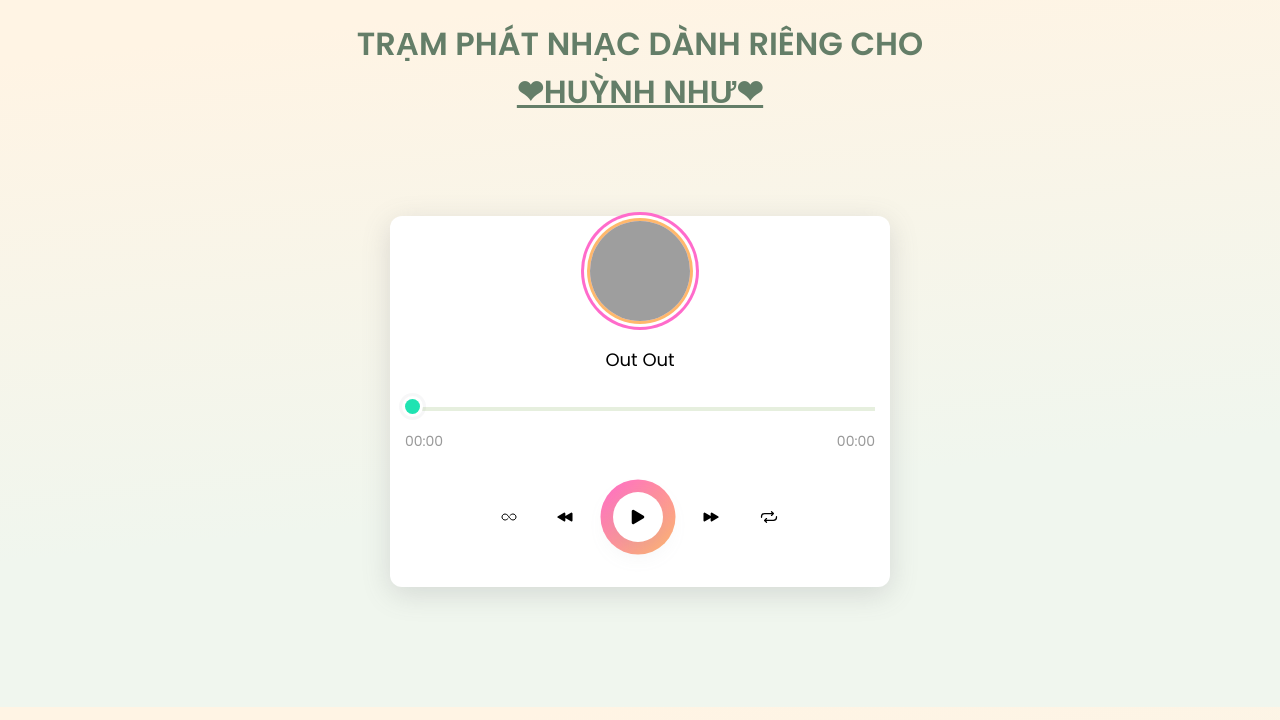
Repository: VuTuanAnh0949/Mp3
Page: index.html
An editor plug-in stored every save of this project. The page is shown before and after the next save, followed by the edit.
The browser window is 1280 px wide. The pictures show the whole page.
Pictures or frames that could not be fetched are drawn as grey boxes.

Above is the page before, as saved 2022-09-25 15:05:39.

### index.html
<!DOCTYPE html>
<html lang="en">

<head>
    <meta charset="UTF-8">
    <meta http-equiv="X-UA-Compatible" content="IE=edge">
    <meta name="viewport" content="width=device-width, initial-scale=1.0">
    <link rel="stylesheet" href="app.css">
    <link rel="preconnect" href="https://fonts.googleapis.com">
    <link rel="preconnect" href="https://fonts.gstatic.com" crossorigin>
    <link href="https://fonts.googleapis.com/css2?family=Poppins:wght@300;400;600&family=Roboto:ital,wght@0,300;1,300&display=swap" rel="stylesheet">
    <title>MP3</title>
    <script type="module" src="https://unpkg.com/ionicons@5.5.2/dist/ionicons/ionicons.esm.js"></script>
    <script nomodule src="https://unpkg.com/ionicons@5.5.2/dist/ionicons/ionicons.js"></script>
</head>

<body>
    <div class="title">
        <h1>TRẠM PHÁT NHẠC DÀNH RIÊNG CHO </h1>
        <h1 id="especially">❤HUỲNH NHƯ❤</h1>
    </div>
    <div class="music">
        <div class="music-thumb">
            <img src="https://unsplash.com/blog/content/images/size/w1600/2022/06/jon-anders-dalan-9jSe9ZIFtGw-unsplash.jpg" alt="">
        </div>
        <h3 class="music-name">The Night</h3>
        <input type="range" name="range" id="range" class="range">
        <audio src="./music/nhabangiau.mp3" id="song"></audio>
        <div class="timer">
            <div class="duration">2:10</div>
            <div class="remaining">-3:10</div>
        </div>
        <div class="controls">
            <ion-icon name="infinite-outline" class="play-infinite"></ion-icon>
            <ion-icon name="play-back" class="play-back"></ion-icon>
            <div class="play">
                <div class="player-inner">
                    <ion-icon name="play" class="play-icon"></ion-icon>
                </div>
            </div>
            <ion-icon name="play-forward" class="play-forward"></ion-icon>
            <ion-icon name="repeat-outline" class="play-repeat"></ion-icon>
        </div>
    </div>

<script src="./app.js"></script>

</body>

</html>

### app.css
html {
    box-sizing: border-box;
  }
  * {
    margin: 0;
    padding: 0;
  }
  *,
  *:before,
  *:after {
    box-sizing: border-box;
  }
  input,
  textarea,
  select,
  button {
    outline: none;
  }
  input {
    line-height: normal;
  }
  label,
  button {
    cursor: pointer;
  }
  a {
    text-decoration: none;
  }
  img {
    display: block;
    max-width: 100%;
  }
  body {
    font-family: "Poppins", sans-serif;
    padding: 20px;
    max-width: 1000vh;
    max-height: 1000vh;
    background-image: linear-gradient( 174.2deg,  rgba(255,244,228,1) 7.1%, rgba(240,246,238,1) 67.4% );
   background-size: cover;
  }
 .title{
  color:#647E68;
  display: inline;
  text-align: center;;
  font-weight: bold;
 }
 #especially{
  text-decoration: underline;
 }
  .music {
    max-width: 500px;
    margin: 100px auto;
    border-radius: 12px;
    background-color: white;
    box-shadow: rgba(100, 100, 111, 0.2) 0px 7px 29px 0px;
    padding: 5px 15px 45px;
  }
  .music-thumb {
    width: 100px;
    height: 100px;
    margin: 0 auto 25px;
  }
  .music-thumb.is-playing {
    animation: spinner 5s infinite linear;
  }
  .music-thumb img {
    width: 100%;
    height: 100%;
    object-fit: cover;
    border-radius: 100rem;
    box-shadow: 0 0 0 3px #ffb86c, 0 0 0 6px white, 0 0 0 9px #ff6bcb;
  }
  .music-name {
    font-size: 18px;
    font-weight: 500;
    text-align: center;
    margin-bottom: 20px;
  }
  .timer {
    display: flex;
    justify-content: space-between;
    align-items: center;
    font-size: 14px;
    color: #999;
    margin-bottom: 40px;
  }
  .controls {
    display: flex;
    justify-content: center;
    align-items: center;
    gap: 0 40px;
  }
  .play {
    position: relative;
  }
  .play:before {
    content: "";
    position: absolute;
    inset: 0;
    background-image: linear-gradient(to right bottom, #ff6bcb, #ffb86c);
    transform: scale(1.5);
    border-radius: 100rem;
  }
  .player-inner {
    width: 50px;
    height: 50px;
    border-radius: 100rem;
    background-color: white;
    display: flex;
    justify-content: center;
    align-items: center;
    cursor: pointer;
    box-shadow: rgba(149, 157, 165, 0.2) 0px 8px 24px;
    font-size: 20px;
    position: relative;
    z-index: 2;
  }
  .play-repeat,
  .play-back,
  .play-forward {
    cursor: pointer;
  }
  .range {
    -webkit-appearance: none; /* Hides the slider so that custom slider can be made */
    width: 100%; /* Specific width is required for Firefox. */
    background: transparent; /* Otherwise white in Chrome */
    margin-bottom: 20px;
     background: chartreuse;
  }
  .range::-webkit-slider-runnable-track {
    width: 100%;
    height: 4px;
    background-color: #eeee;
  }
  .range::-webkit-slider-thumb {
    -webkit-appearance: none;
    background-color: #20e3b2;
    width: 15px;
    height: 15px;
    border-radius: 100rem;
    margin-top: -8px;
    box-shadow: 0 0 0 3px white, 0 0 0 6px rgba(100, 100, 111, 0.05);
  }
  @keyframes spinner {
    to {
      transform: rotate(360deg);
    }
  }
  .play-repeat {
    font-size: 20px;
  }

### app.js
const song = document.getElementById("song");
const playBtn = document.querySelector(".player-inner");
const nextBtn = document.querySelector(".play-forward");
const prevBtn = document.querySelector(".play-back");
const durationTime = document.querySelector(".duration")
const remainingTime = document.querySelector(".remaining")
const rangeBar = document.querySelector(".range");
const musicName = document.querySelector(".music-name");
const musicThumbnail = document.querySelector(".music-thumb");
const musicImage = document.querySelector(".music-thumb img");
const playRepeat = document.querySelector(".play-repeat");

let isPlaying = true;
let indexSong = 0;
let isRepeat = false;
/* const musics = ["thenight.mp3","nhabangiau.mp3","outout.mp3","moveyour.mp3"]; */
const musics =[
  {
    id: 1,
    title: "Out Out",
    file: "outout.mp3",
    image: "https://c4.wallpaperflare.com/wallpaper/545/756/905/anime-anime-girls-mask-simple-background-hd-wallpaper-thumb.jpg"
},
      {
          id: 2,
          title: "Nhà Bạn Giàu",
          file: "nhabangiau.mp3",
          image: "https://images.unsplash.com/photo-1495430288918-03be19c7c485?ixlib=rb-1.2.1&ixid=MnwxMjA3fDB8MHxwaG90by1wYWdlfHx8fGVufDB8fHx8&auto=format&fit=crop&w=387&q=80"
      },
      {
        id: 3,
        title: "The Night",
        file: "thenight.mp3",
        image: "https://images.unsplash.com/photo-1532767153582-b1a0e5145009?ixlib=rb-1.2.1&ixid=MnwxMjA3fDB8MHxwaG90by1wYWdlfHx8fGVufDB8fHx8&auto=format&fit=crop&w=387&q=80"
    },
    {
      id: 4,
      title: "Move Your..",
      file: "moveyour.mp3",
      image: "https://c4.wallpaperflare.com/wallpaper/663/420/862/car-purple-retrowave-landscape-wallpaper-thumb.jpg"
  }

]
let timer;
let repeatCount = 0;
playRepeat.addEventListener("click", function () {
  if (isRepeat) {
    isRepeat = false;
    playRepeat.removeAttribute("style");
  } else {
    isRepeat = true;
    playRepeat.style.color = "#ffb86c";
  }
});
nextBtn.addEventListener("click", function () {
  changeSong(1);
});
prevBtn.addEventListener("click", function () {
  changeSong(-1);
});
song.addEventListener("ended", handleEndedSong);
function handleEndedSong() {
  repeatCount++;
  if (isRepeat && repeatCount === 1) {
    // handle repeat song
    isPlaying = true;
    playPause();
  } else {
    changeSong(1);
  }
}
function changeSong(dir) {
    if (dir === 1) {
      // next song
      indexSong++;
      if (indexSong >= musics.length) {
        indexSong = 0;
      }
      isPlaying = true;
    } else if (dir === -1) {
      // prev song
      indexSong--;
      if (indexSong < 0) {
        indexSong = musics.length - 1;
      }
      isPlaying = true;
    }
    init(indexSong);
    // song.setAttribute("src", `./music/${musics[indexSong].file}`);
    playPause();
  }

  playBtn.addEventListener("click", playPause);
  function playPause() {
    if (isPlaying) {
      musicThumbnail.classList.add("is-playing");
      song.play();
      playBtn.innerHTML = `<ion-icon name="pause-circle"></ion-icon>`;
      isPlaying = false;
      timer = setInterval(displayTimer, 500);
    } else {
      musicThumbnail.classList.remove("is-playing");
      song.pause();
      playBtn.innerHTML = `<ion-icon name="play"></ion-icon>`;
      isPlaying = true;
      clearInterval(timer);
    }
  }
  function displayTimer() {
    const { duration, currentTime } = song;
    rangeBar.max = duration;
    rangeBar.value = currentTime;
    remainingTime.textContent = formatTimer(currentTime);
    if (!duration) {
      durationTime.textContent = "00:00";
    } else {
      durationTime.textContent = formatTimer(duration);
    }
  }
  function formatTimer(number) {
    const minutes = Math.floor(number / 60);
    const seconds = Math.floor(number - minutes * 60);
    return `${minutes < 10 ? "0" + minutes : minutes}:${
      seconds < 10 ? "0" + seconds : seconds
    }`;
  }
  rangeBar.addEventListener("change", handleChangeBar);
  function handleChangeBar() {
    song.currentTime = rangeBar.value;
  }
  function init(indexSong) {
    song.setAttribute("src", `./music/${musics[indexSong].file}`);
    musicImage.setAttribute("src", musics[indexSong].image);
    musicName.textContent = musics[indexSong].title;
  }
  displayTimer();
  init(indexSong);

After the next save:
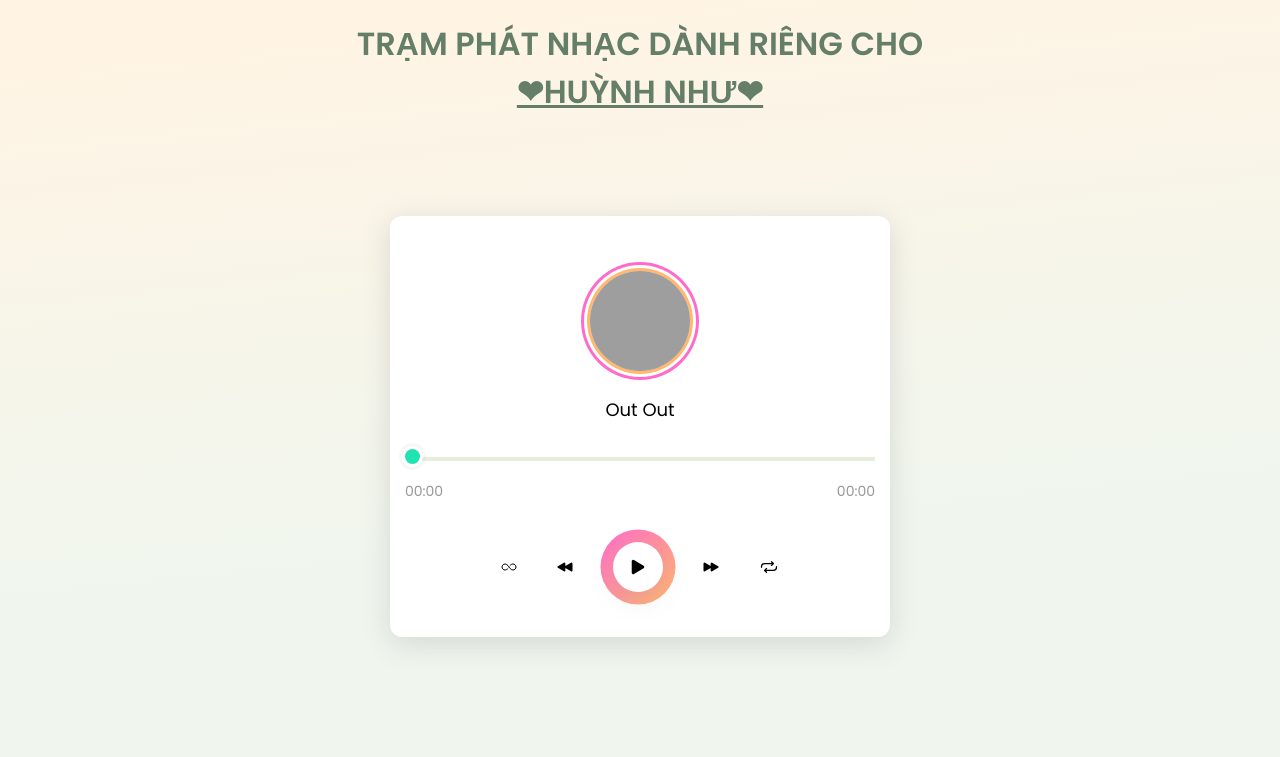
Saved 4 s later.
--- a/app.css
+++ b/app.css
@@ -53,7 +53,7 @@ html {
     border-radius: 12px;
     background-color: white;
     box-shadow: rgba(100, 100, 111, 0.2) 0px 7px 29px 0px;
-    padding: 5px 15px 45px;
+    padding: 55px 15px 45px;
   }
   .music-thumb {
     width: 100px;
